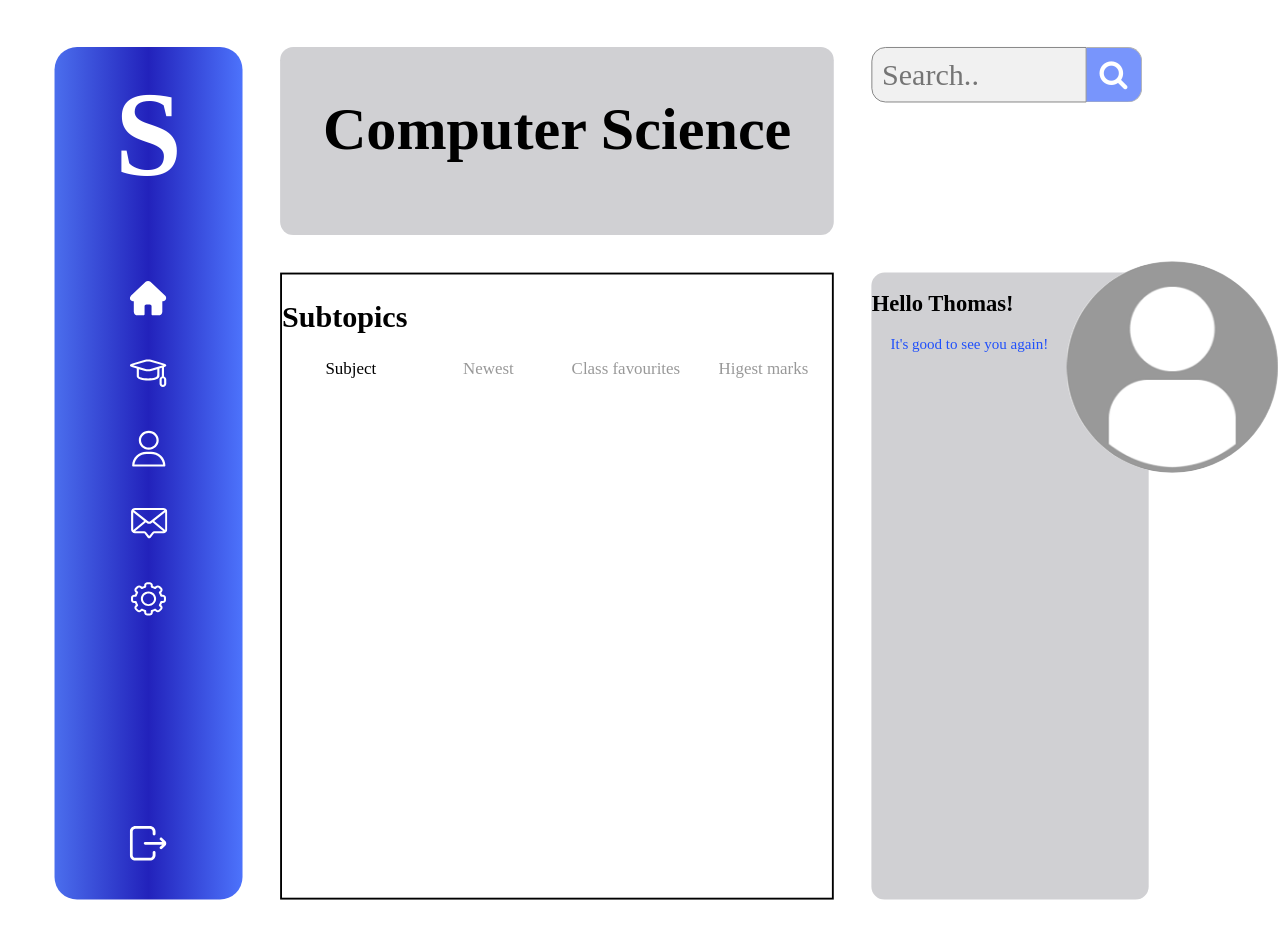
Repository: rafalzacher1/smartify-interface
Page: topics.html
An editor plug-in stored every save of this project. The page is shown before and after the next save, followed by the edit.
The browser window is 1280 px wide. The page is 1360 px wide, so the pictures cover 1360 px, including what lies to the right of the window. The pictures show the whole page, at 94% of full size.
Some web fonts or font styles are not loaded; a fallback is used.

Above is the page before, as saved 2022-06-30 17:52:29.

After the next save:
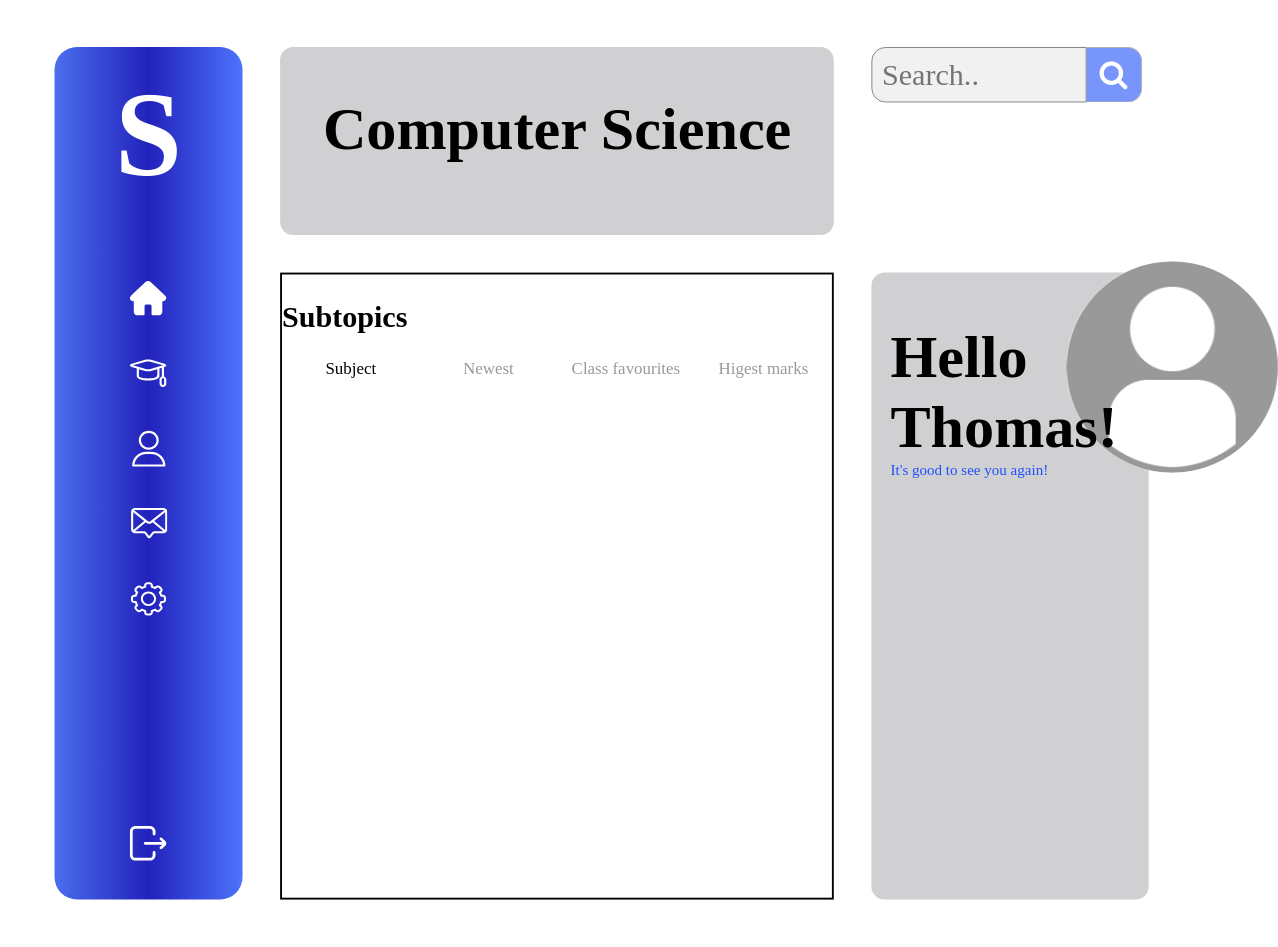
Saved 20 s later.
--- a/styles/topic-teacher.css
+++ b/styles/topic-teacher.css
@@ -5,7 +5,7 @@
   border-radius: 14px;
 }
 
-#teacher-container h1 {
+#teacher-container h2 {
     font-family: "Baloo Bhai";
     font-size: 64px;
     margin-bottom: 0;
